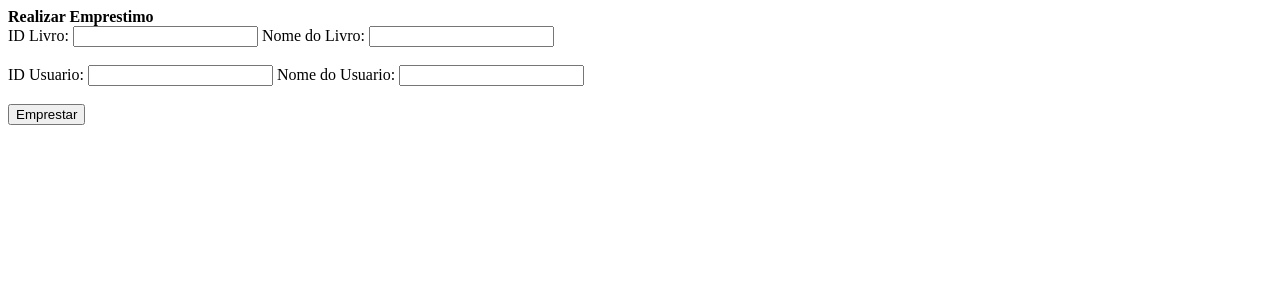
Repository: lmsmorais/ProjectEpiousion
Page: http://localhost/LibraryProject/realizarEmprestimo.jsp
These files come from the project's save history. The page is drawn as it stood at one moment and after the next save; the edit follows.
The browser window is 1280 px wide. The pictures show the whole page.
The page is served by Tomcat 9.

Above is the page before, as saved 2020-11-12 22:21:46.

After the next save:
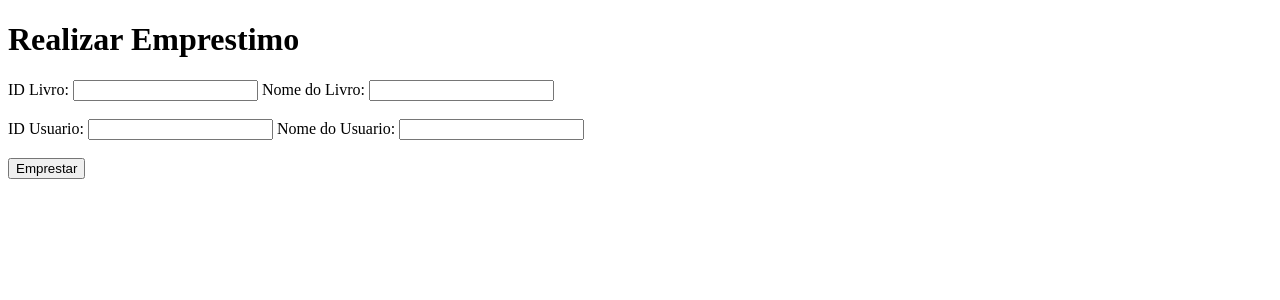
Saved 9 s later.
--- a/LibraryProject/WebContent/realizarEmprestimo.jsp
+++ b/LibraryProject/WebContent/realizarEmprestimo.jsp
@@ -7,7 +7,7 @@
 <title>Realizar Emprestimo</title>
 </head>
 <body>
-	<strong>Realizar Emprestimo</strong>
+	<h1>Realizar Emprestimo</h1>
 	<form method="post" action="EmprestimoServlet">
 			ID Livro: <input type="text" name="idLivro"/>
 			Nome do Livro: <input type="text" name="nomeLivro"/>
